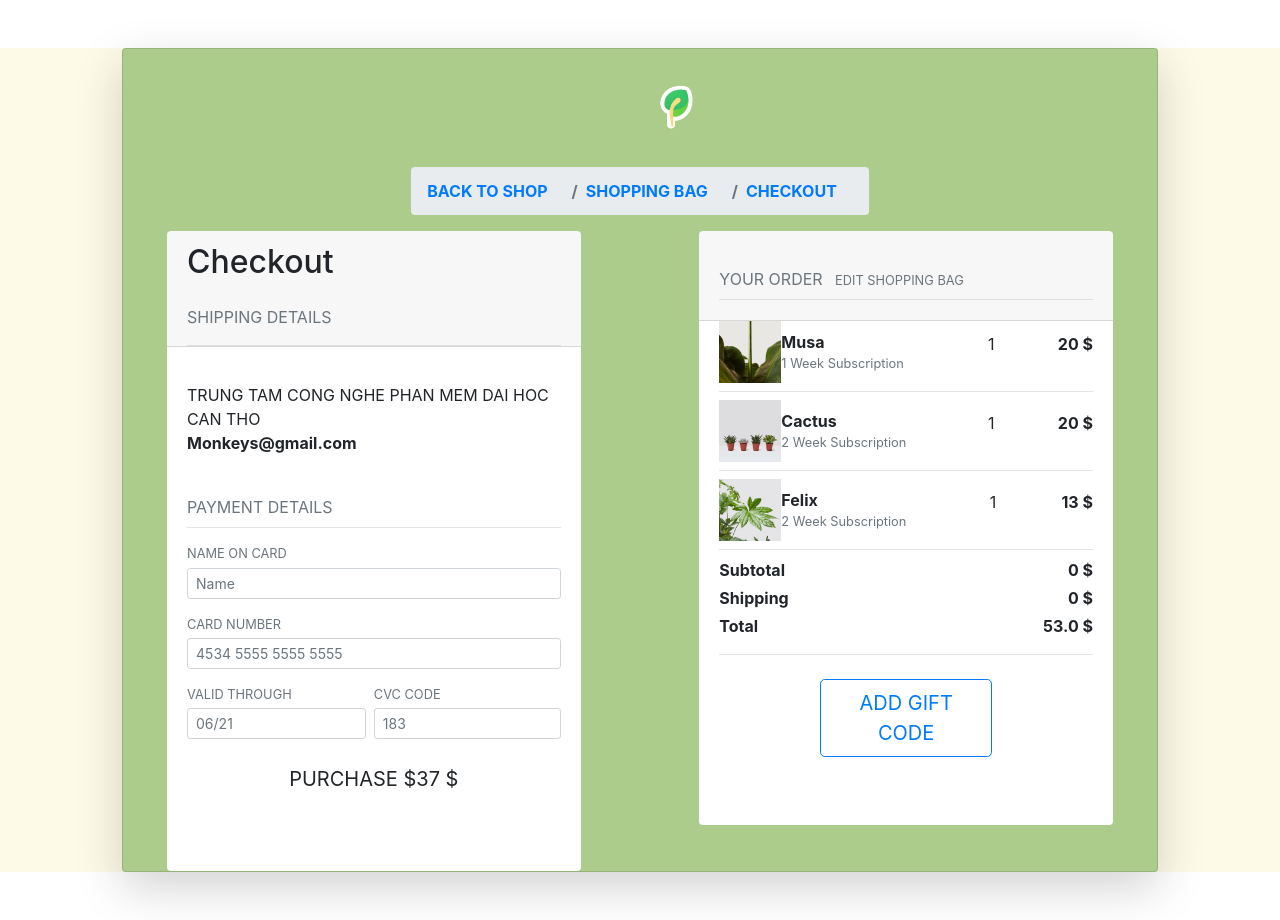
Repository: phamminhkhoa2k4/TechWiz-PlantPalace
Page: views/cart.html
These files come from the project's save history. The page is drawn as it stood at one moment and after a run of saves; the edit follows.
The browser window is 1280 px wide. The pictures show the whole page.

Above is the page before, as saved 2023-08-12 18:30:14.

### views/cart.html
<link rel="stylesheet" href="https://stackpath.bootstrapcdn.com/bootstrap/4.3.1/css/bootstrap.min.css">
<style>
     .container-fluid {
        background: #fdfae8;
     }
     .shadow-lg{
        background: #abcc8b;
     }
     .img-fluid {
         max-width: 100% ;
        height: 100%;
}
</style>
<div class=" container-fluid my-5 ">
    <div class="row justify-content-center ">
        <div class="col-xl-10">
            <div class="card shadow-lg ">
                <div class="row p-2 mt-3 justify-content-between mx-sm-2">
                    <div class="col">

                    </div>
                    <div class="col">
                        <div class="row justify-content-start ">
                            <div class="col">
                                <img class="irc_mi img-fluid cursor-pointer " src="../assets/img/logo.jpg"  width="70" height="70" >
                            </div>
                        </div>
                    </div>
                    <div class="col-auto">

                    </div>
                </div>
                <div class="row  mx-auto justify-content-center text-center">
                    <div class="col-12 mt-3 ">
                        <nav aria-label="breadcrumb" class="second ">
                            <ol class="breadcrumb indigo lighten-6 first  ">
                                <li class="breadcrumb-item font-weight-bold "><a class="black-text text-uppercase " href="#"><span class="mr-md-3 mr-1">BACK TO SHOP</span></a><i class="fa fa-angle-double-right " aria-hidden="true"></i></li>
                                <li class="breadcrumb-item font-weight-bold"><a class="black-text text-uppercase" href="#"><span class="mr-md-3 mr-1">SHOPPING BAG</span></a><i class="fa fa-angle-double-right text-uppercase " aria-hidden="true"></i></li>
                                <li class="breadcrumb-item font-weight-bold"><a class="black-text text-uppercase active-2" href="#"><span class="mr-md-3 mr-1">CHECKOUT</span></a></li>
                            </ol>
                        </nav>
                    </div>
                </div>

                <div class="row justify-content-around">
                    <div class="col-md-5">
                        <div class="card border-0">
                            <div class="card-header pb-0">
                                <h2 class="card-title space ">Checkout</h2>
                                <p class="card-text text-muted mt-4  space">SHIPPING DETAILS</p>
                                <hr class="my-0">
                            </div>
                            <div class="card-body">
                                <div class="row justify-content-between">
                                    <div class="col-auto mt-0"><p><b></b></p>TRUNG TAM CONG NGHE PHAN MEM DAI HOC CAN THO</div>
                                    <div class="col-auto"><p><b>Monkeys@gmail.com</b> </p></div>
                                </div>
                                <div class="row mt-4">
                                    <div class="col"><p class="text-muted mb-2">PAYMENT DETAILS</p><hr class="mt-0"></div>
                                </div>
                                <div class="form-group">
                                    <label for="NAME" class="small text-muted mb-1">NAME ON CARD</label>
                                    <input type="text" class="form-control form-control-sm" name="NAME" id="NAME" aria-describedby="helpId" placeholder="Name">
                                </div>
                                <div class="form-group">
                                    <label for="NAME" class="small text-muted mb-1">CARD NUMBER</label>
                                    <input type="text" class="form-control form-control-sm" name="NAME" id="NAME" aria-describedby="helpId" placeholder="4534 5555 5555 5555">
                                </div>
                                <div class="row no-gutters">
                                    <div class="col-sm-6 pr-sm-2">
                                        <div class="form-group">
                                            <label for="NAME" class="small text-muted mb-1">VALID THROUGH</label>
                                            <input type="text" class="form-control form-control-sm" name="NAME" id="NAME" aria-describedby="helpId" placeholder="06/21">
                                        </div>
                                    </div>
                                    <div class="col-sm-6">
                                        <div class="form-group">
                                            <label for="NAME" class="small text-muted mb-1">CVC CODE</label>
                                            <input type="text" class="form-control form-control-sm" name="NAME" id="NAME" aria-describedby="helpId" placeholder="183">
                                        </div>
                                    </div>
                                </div>
                                <div class="row mb-md-5">
                                    <div class="col">
                                        <button type="button" name="" id="" class="btn  btn-lg btn-block ">PURCHASE $37 $</button>
                                    </div>
                                </div>
                            </div>
                        </div>
                    </div>
                    <div class="col-md-5">
                        <div class="card border-0 ">
                            <div class="card-header card-2">
                                <p class="card-text text-muted mt-md-4  mb-2 space">YOUR ORDER <span class=" small text-muted ml-2 cursor-pointer">EDIT SHOPPING BAG</span> </p>
                                <hr class="my-2">
                            </div>
                            <div class="card-body pt-0">
                                <div class="row  justify-content-between">
                                    <div class="col-auto col-md-7">
                                        <div class="media flex-column flex-sm-row">
                                            <img class=" img-fluid" src="../assets/img/zlsjcreqoa3k1zd2zn6m.png" width="62" height="62">
                                            <div class="media-body  my-auto">
                                                <div class="row ">
                                                    <div class="col-auto"><p class="mb-0"><b>Musa</b></p><small class="text-muted">1 Week Subscription</small></div>
                                                </div>
                                            </div>
                                        </div>
                                    </div>
                                    <div class=" pl-0 flex-sm-col col-auto  my-auto"> <p class="boxed-1">1</p></div>
                                    <div class=" pl-0 flex-sm-col col-auto  my-auto "><p><b>20 $</b></p></div>
                                </div>
                                <hr class="my-2">
                                <div class="row  justify-content-between">
                                    <div class="col-auto col-md-7">
                                        <div class="media flex-column flex-sm-row">
                                            <img class=" img-fluid " src="../assets/img/eyezulzs9styxizwxuok.png" width="62" height="62">
                                            <div class="media-body  my-auto">
                                                <div class="row ">
                                                    <div class="col"><p class="mb-0"><b>Cactus</b></p><small class="text-muted">2 Week Subscription</small></div>
                                                </div>
                                            </div>
                                        </div>
                                    </div>
                                    <div class="pl-0 flex-sm-col col-auto  my-auto"> <p class="boxed">1</p></div>
                                    <div class="pl-0 flex-sm-col col-auto my-auto"><p><b>20 $</b></p></div>
                                </div>
                                <hr class="my-2">
                                <div class="row  justify-content-between">
                                    <div class="col-auto col-md-7">
                                        <div class="media flex-column flex-sm-row">
                                            <img class=" img-fluid " src="../assets/img/vsz8hzjwhyc89t35nnul.png" width="62" height="62">
                                            <div class="media-body  my-auto">
                                                <div class="row ">
                                                    <div class="col"><p class="mb-0"><b>Felix</b></p><small class="text-muted">2 Week Subscription</small></div>
                                                </div>
                                            </div>
                                        </div>
                                    </div>
                                    <div class="pl-0 flex-sm-col col-auto  my-auto"> <p class="boxed-1">1</p></div>
                                    <div class="pl-0 flex-sm-col col-auto my-auto"><p><b>13 $</b></p></div>
                                </div>
                                <hr class="my-2">
                                <div class="row ">
                                    <div class="col">
                                        <div class="row justify-content-between">
                                            <div class="col-4"><p class="mb-1"><b>Subtotal</b></p></div>
                                            <div class="flex-sm-col col-auto"><p class="mb-1"><b>0 $</b></p></div>
                                        </div>
                                        <div class="row justify-content-between">
                                            <div class="col"><p class="mb-1"><b>Shipping</b></p></div>
                                            <div class="flex-sm-col col-auto"><p class="mb-1"><b>0 $</b></p></div>
                                        </div>
                                        <div class="row justify-content-between">
                                            <div class="col-4"><p ><b>Total</b></p></div>
                                            <div class="flex-sm-col col-auto"><p  class="mb-1"><b>53.0 $</b></p> </div>
                                        </div><hr class="my-0">
                                    </div>
                                </div>
                                <div class="row mb-5 mt-4 ">
                                    <div class="col-md-7 col-lg-6 mx-auto"><button type="button" class="btn btn-block btn-outline-primary btn-lg">ADD GIFT CODE</button></div>
                                </div>
                            </div>
                        </div>
                    </div>
                </div>
            </div>
        </div>
    </div>
</div>

After the next 4 saves:
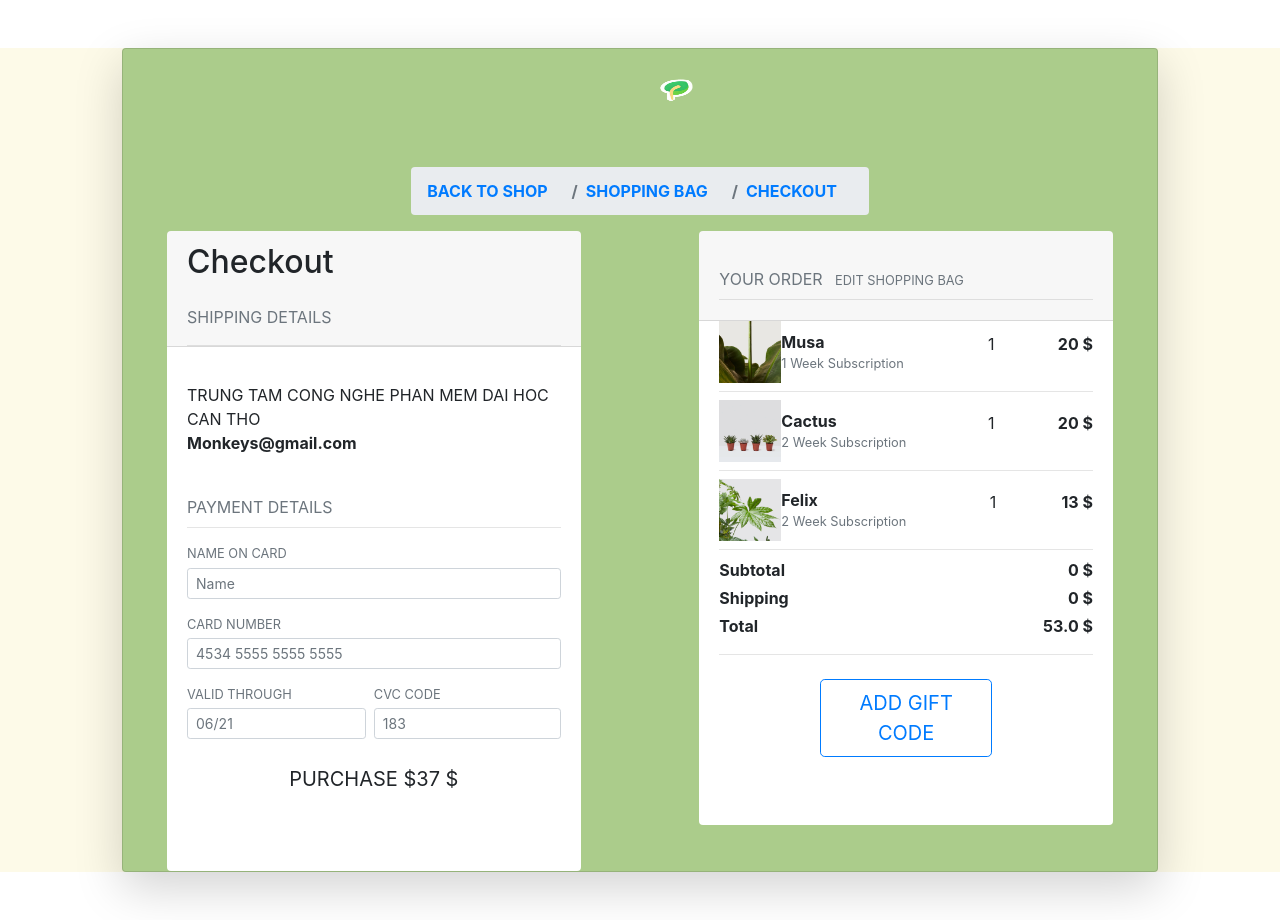
The 4 saves are shown as one change because they came seconds apart.
The last was saved 11 s later.
--- a/views/cart.html
+++ b/views/cart.html
@@ -7,8 +7,8 @@
         background: #abcc8b;
      }
      .img-fluid {
-         max-width: 100% ;
-        height: 100%;
+         max-width: 50% ;
+        height: 50%;
 }
 </style>
 <div class=" container-fluid my-5 ">
